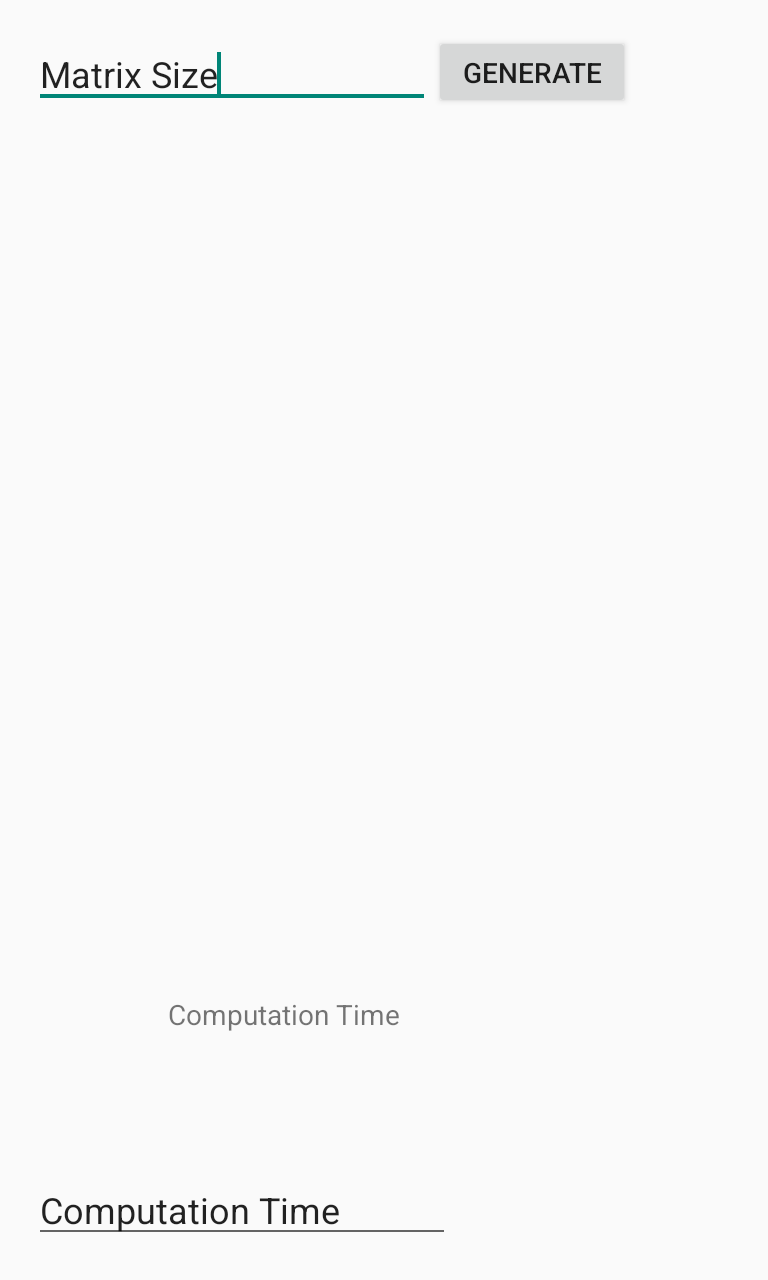
Repository: lhsieh814/ParallelProject
Layout: MatrixManipulation/res/layout/activity_main.xml
An editor plug-in stored every save of this project. The layout is shown before and after the next save, followed by the edit.
It is drawn on a 768 x 1280 px phone screen (xhdpi) without system bars, with theme AppTheme; the app's code is not run.

Above is the layout before, as saved 2014-11-22 17:52:51.

After the next save:
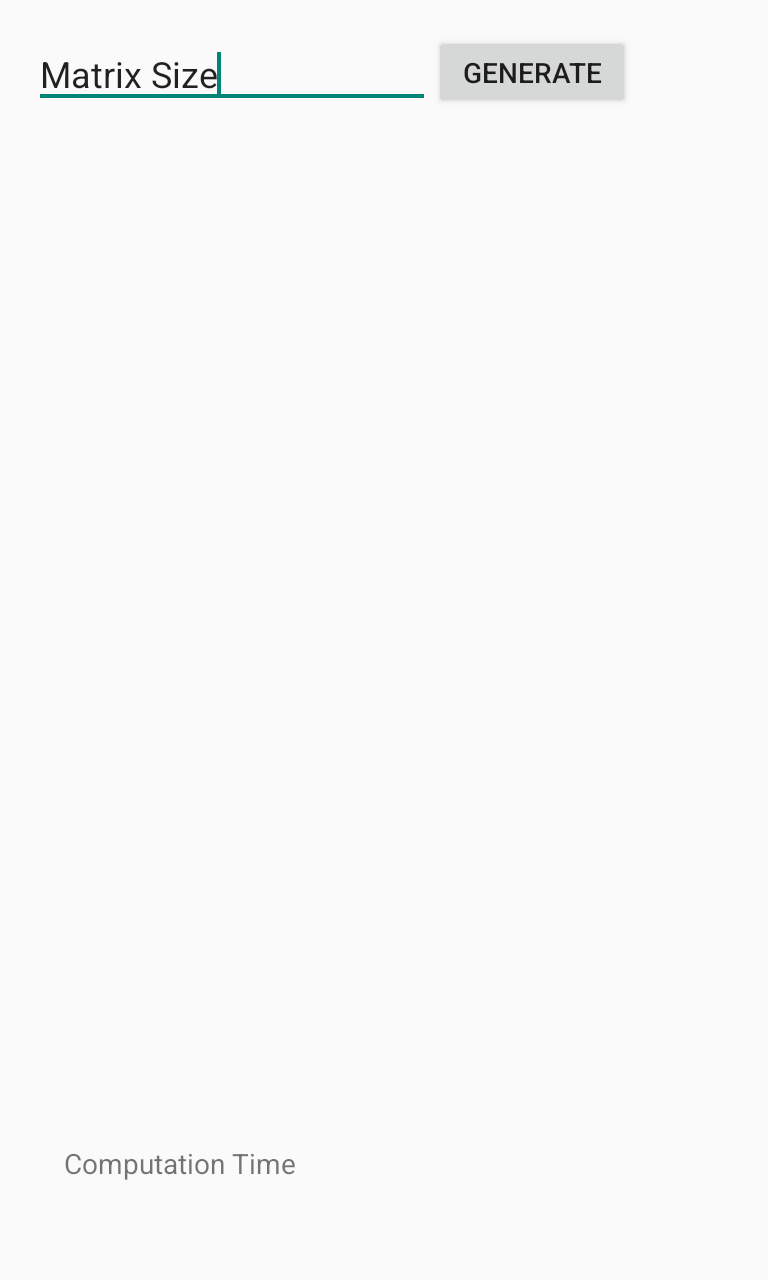
Saved 6 min 47 s later.
--- a/MatrixManipulation/res/layout/activity_main.xml
+++ b/MatrixManipulation/res/layout/activity_main.xml
@@ -29,24 +29,15 @@
         android:layout_alignTop="@+id/editText1"
         android:layout_toRightOf="@+id/editText1"
         android:text="Generate" />
-    <EditText
-        android:id="@+id/editText2"
-        android:layout_width="wrap_content"
-        android:layout_height="wrap_content"
-        android:layout_alignLeft="@+id/editText1"
-        android:layout_alignParentBottom="true"
-        android:ems="10"
-        android:inputType="numberSigned"
-        android:text="Computation Time" />
 
     <TextView
         android:id="@+id/textView1"
         android:layout_width="wrap_content"
         android:layout_height="wrap_content"
-        android:layout_above="@+id/editText2"
-        android:layout_alignLeft="@+id/editText2"
-        android:layout_marginBottom="66dp"
-        android:layout_marginLeft="68dp"
+        android:layout_alignLeft="@+id/editText1"
+        android:layout_alignParentBottom="true"
+        android:layout_marginBottom="33dp"
+        android:layout_marginLeft="16dp"
         android:text="Computation Time" />
 
 </RelativeLayout>
